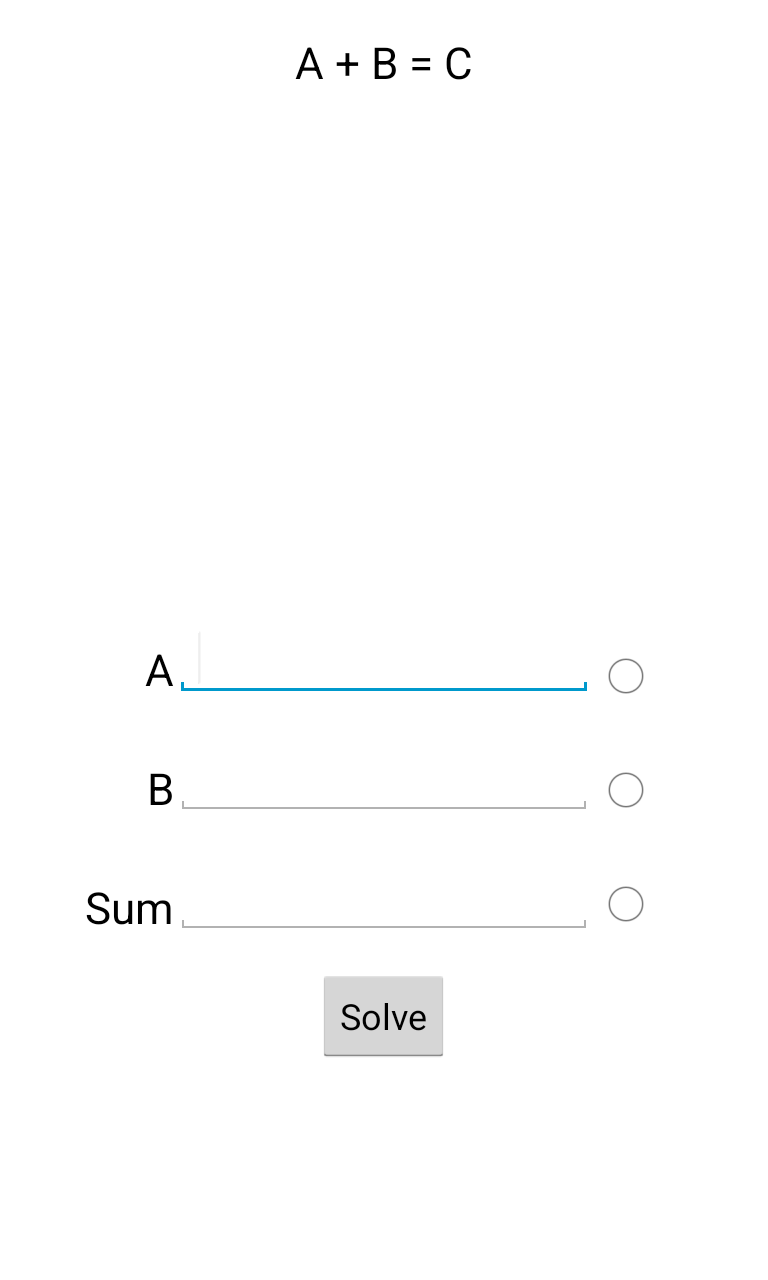
Repository: dtri123/Equation-Station
Layout: TheEquationStation/res/layout/addition_page.xml
The author's editor kept a copy of each file at every save. The layout is drawn from the files as they stood at one save, then again after the next save.
It is drawn on a 768 x 1280 px phone screen (xhdpi) without system bars, with theme AppTheme; the app's code is not run.

Above is the layout before, as saved 2013-07-18 17:25:52.

After the next save:
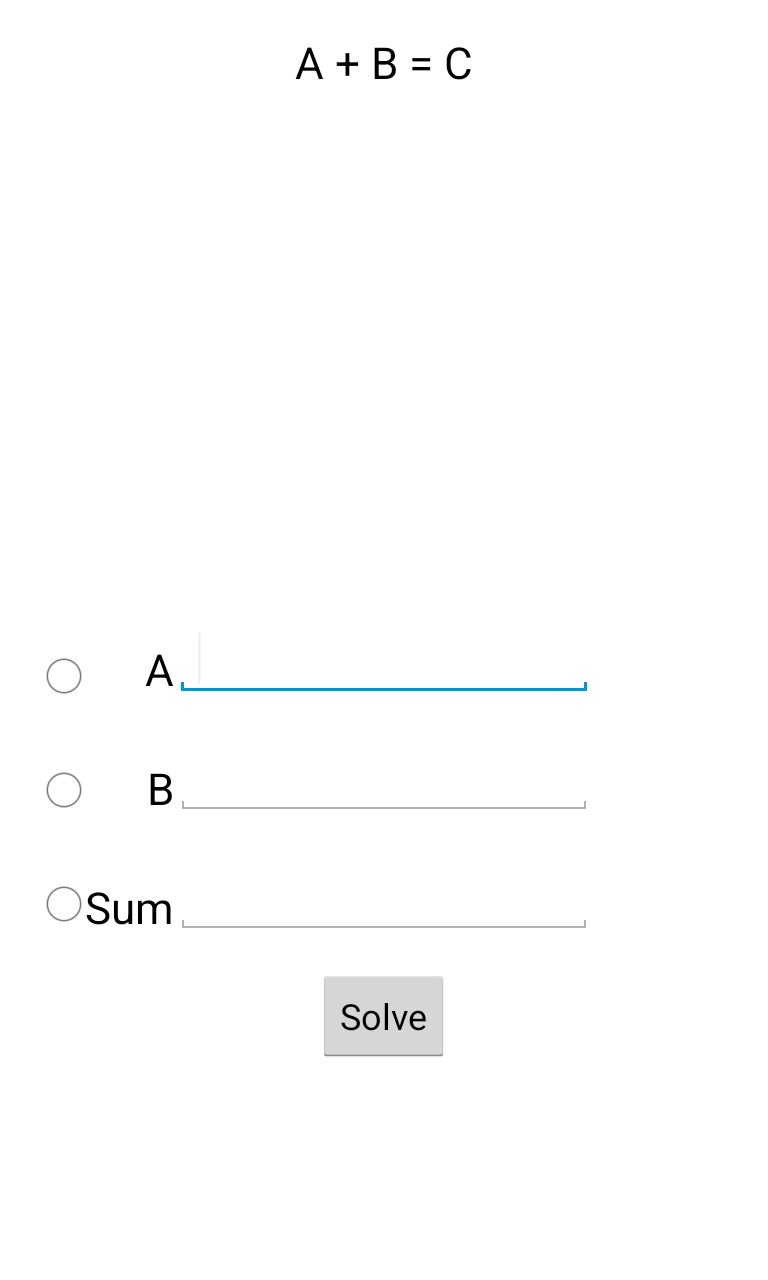
Saved 56 s later.
--- a/TheEquationStation/res/layout/addition_page.xml
+++ b/TheEquationStation/res/layout/addition_page.xml
@@ -25,33 +25,6 @@
         android:layout_centerHorizontal="true"
         android:text="A + B = C"
         android:textAppearance="?android:attr/textAppearanceLarge" />
-
-    <RadioGroup
-        android:id="@+id/group1"
-        android:layout_width="fill_parent"
-        android:layout_height="wrap_content"
-        android:layout_alignBottom="@+id/editText_AddSum"
-        android:layout_toRightOf="@+id/editText_AddSum"
-        android:orientation="vertical" >
-
-        <RadioButton
-            android:id="@+id/radioButtonAddA"
-            android:layout_width="wrap_content"
-            android:layout_height="wrap_content" />
-
-
-		<RadioButton
-			android:id="@+id/radioButtonAddB"
-			android:layout_width="wrap_content"
-			android:layout_height="wrap_content"
-			android:layout_marginTop="25dp" />
-
-		<RadioButton
-			android:id="@+id/radioButtonSum"
-			android:layout_width="wrap_content"
-			android:layout_height="wrap_content"
-			android:layout_marginTop="25dp"/>
-	</RadioGroup>
 
     <EditText
         android:id="@+id/editText_AddSum"
@@ -113,4 +86,31 @@
         <requestFocus />
     </EditText>
 
+    <RadioGroup
+        android:id="@+id/group1"
+        android:layout_width="fill_parent"
+        android:layout_height="wrap_content"
+        android:layout_alignBottom="@+id/editText_AddSum"
+        android:layout_alignParentRight="true"
+        android:layout_alignLeft="editText_AddA"
+        android:orientation="vertical" >
+
+        <RadioButton
+            android:id="@+id/radioButtonAddA"
+            android:layout_width="wrap_content"
+            android:layout_height="wrap_content" />
+
+        <RadioButton
+            android:id="@+id/radioButtonAddB"
+            android:layout_width="wrap_content"
+            android:layout_height="wrap_content"
+            android:layout_marginTop="25dp" />
+
+        <RadioButton
+            android:id="@+id/radioButtonSum"
+            android:layout_width="wrap_content"
+            android:layout_height="wrap_content"
+            android:layout_marginTop="25dp" />
+    </RadioGroup>
+
 </RelativeLayout>
